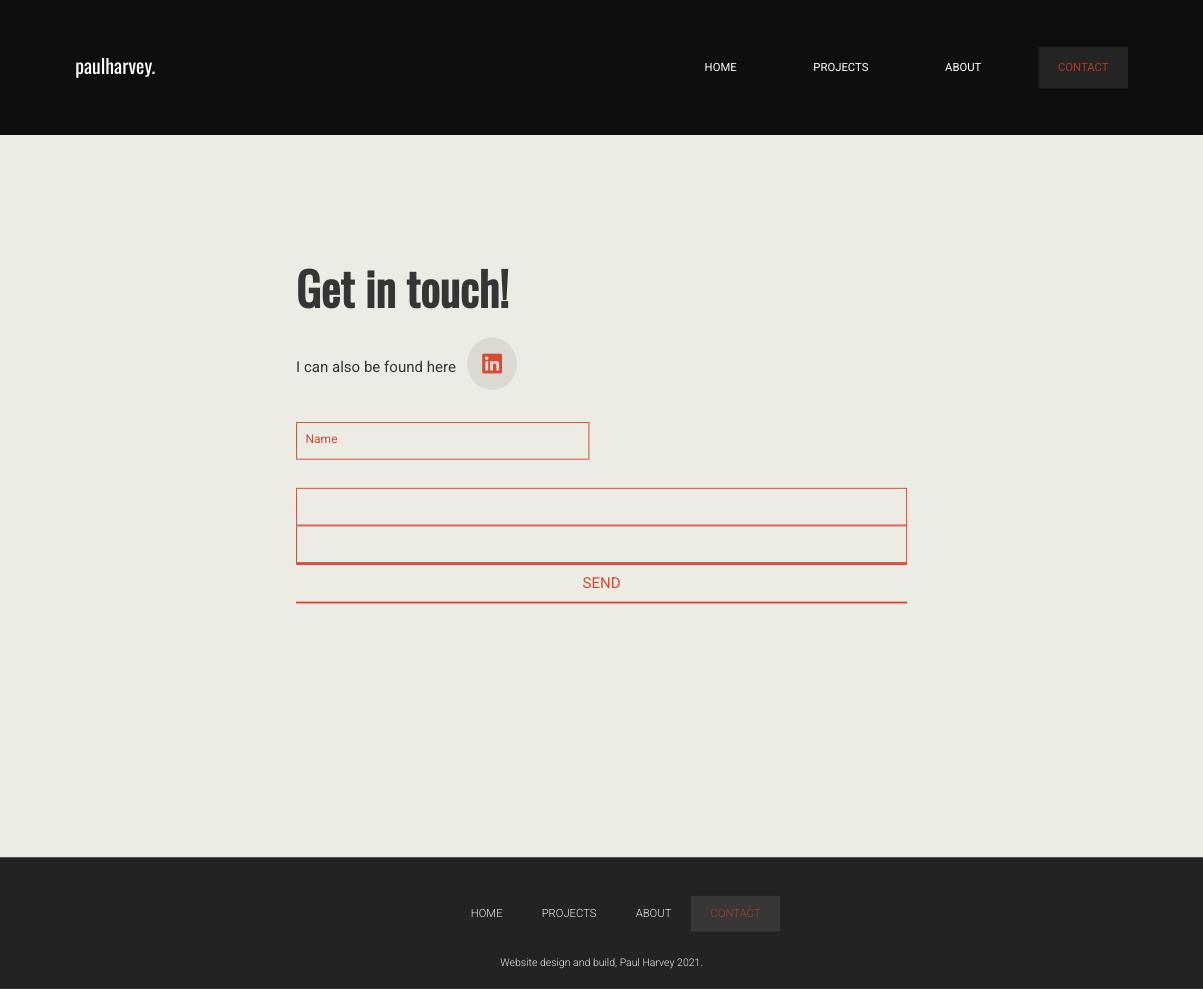
Repository: pavhns20/my-new-portfolio
Page: www/contact.html
These files come from the project's save history. The page is drawn as it stood at one moment and after the next save; the edit follows.
The browser window is 1280 px wide. The pictures show the whole page, at 94% of full size.
Some web libraries are served in a nearby version.

Above is the page before, as saved 2022-01-11 10:32:24.
Console error: TypeError: Cannot read properties of null (reading 'addEventListener')

After the next save:
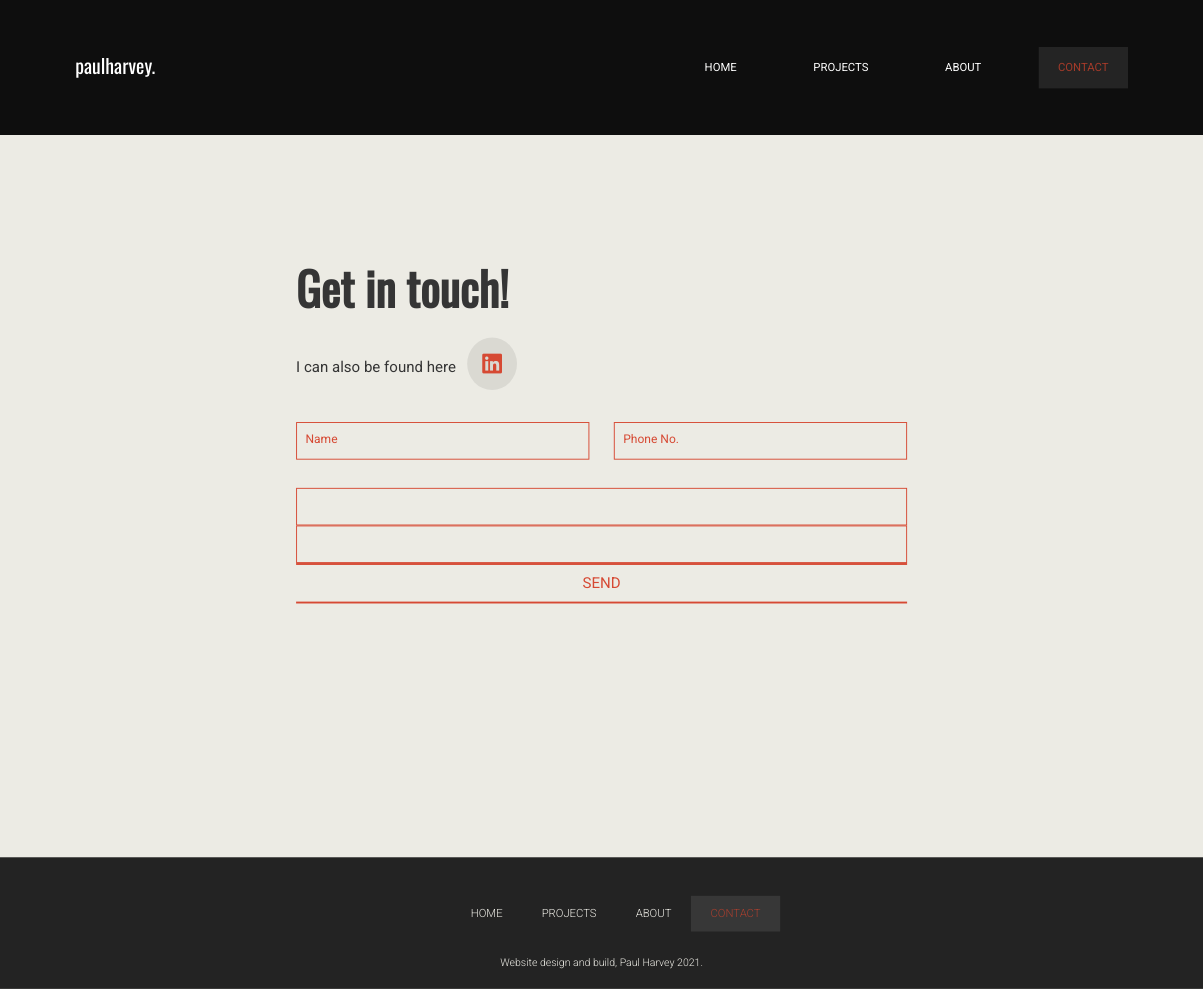
Saved 66 s later.
--- a/www/contact.html
+++ b/www/contact.html
@@ -102,7 +102,12 @@
 						<input type="text"  name="name" required>
 						<label for="name">Name</label>
 					</div>
+					<div class="input-group">
+						<input type="text" id="number" name="number" required />
+						<label for="number">Phone No.</label>
+					</div>
 				</div>
+
 						<!-- <input type="text"  name="name" required>
 						<label for="name">Name</label> -->
 						<input type="email" name="email" required>
